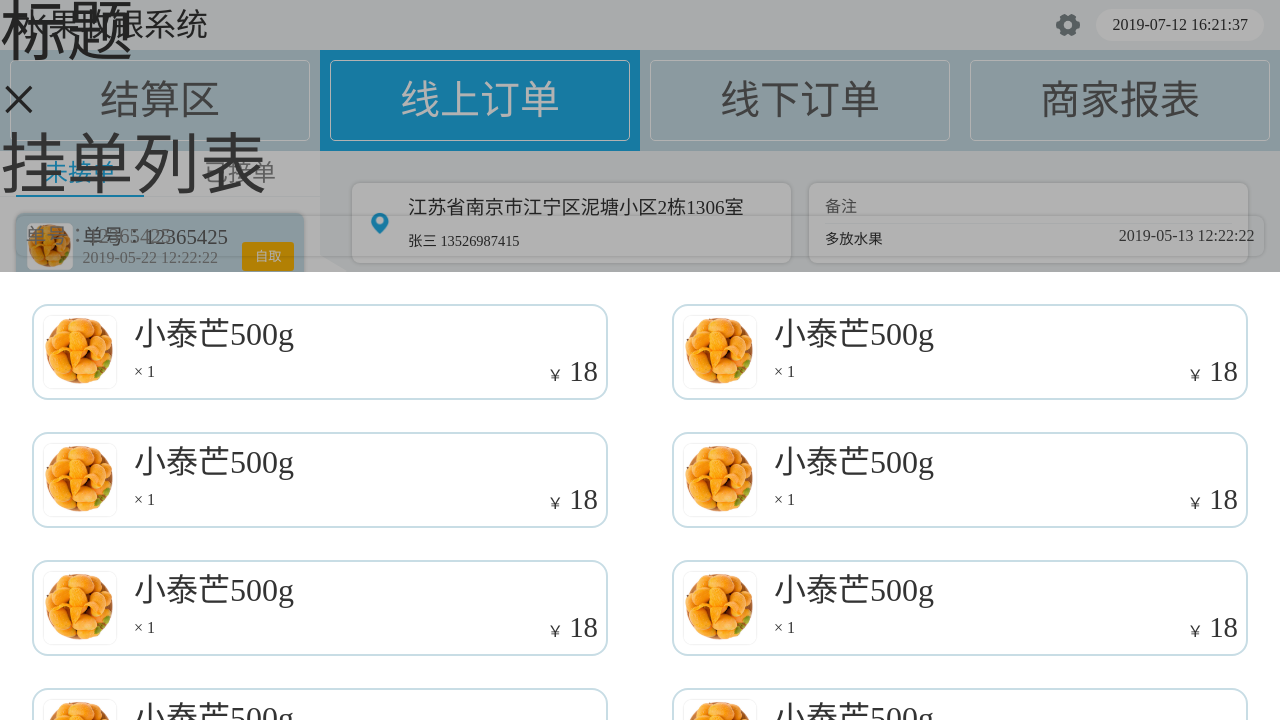
Repository: missing-star/fruit
Page: index.html
The author's editor kept a copy of each file at every save. The page is drawn from the files as they stood at one save, then again after the next save.
The browser window is 1280 px wide. The pictures show the whole page.
An inner scrolling area shows only its first screen.

Above is the page before, as saved 2019-07-15 09:38:07.

After the next save:
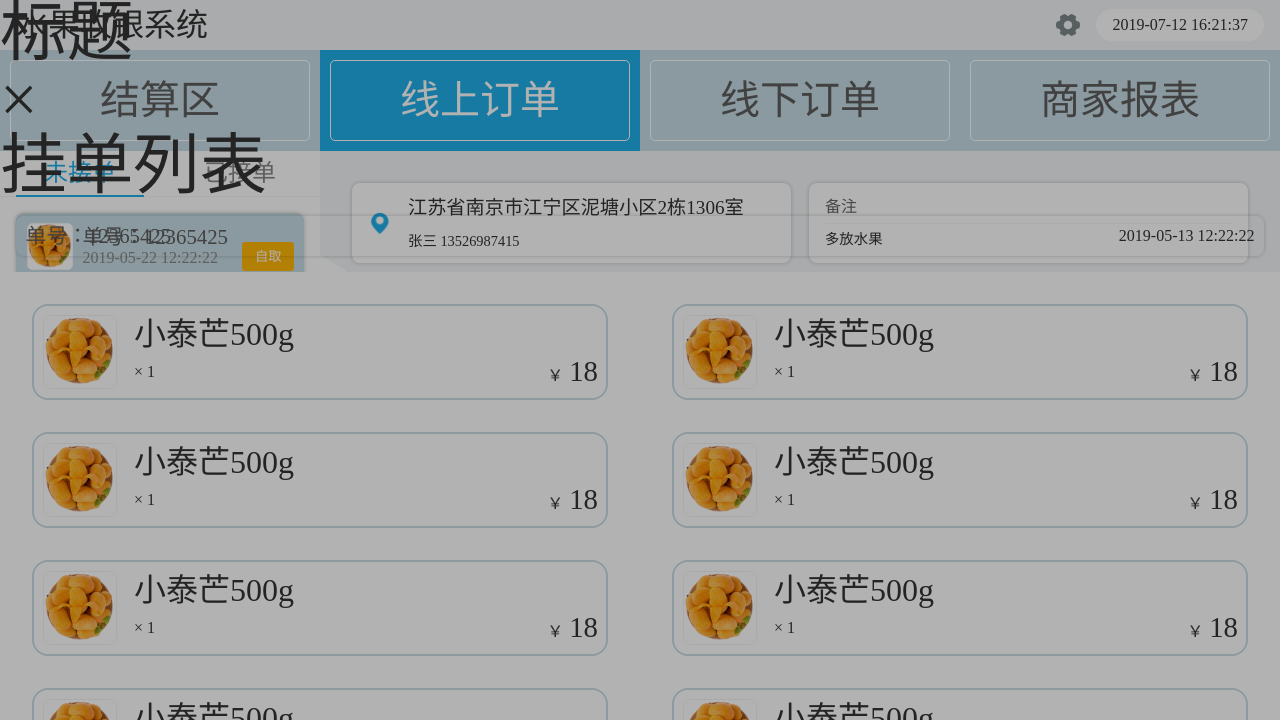
Saved 33 s later.
--- a/css/index.css
+++ b/css/index.css
@@ -667,4 +667,5 @@
     position: fixed;
     left: 0;
     top: 0;
-}
+    z-index: 1;
+}

After the save that followed:
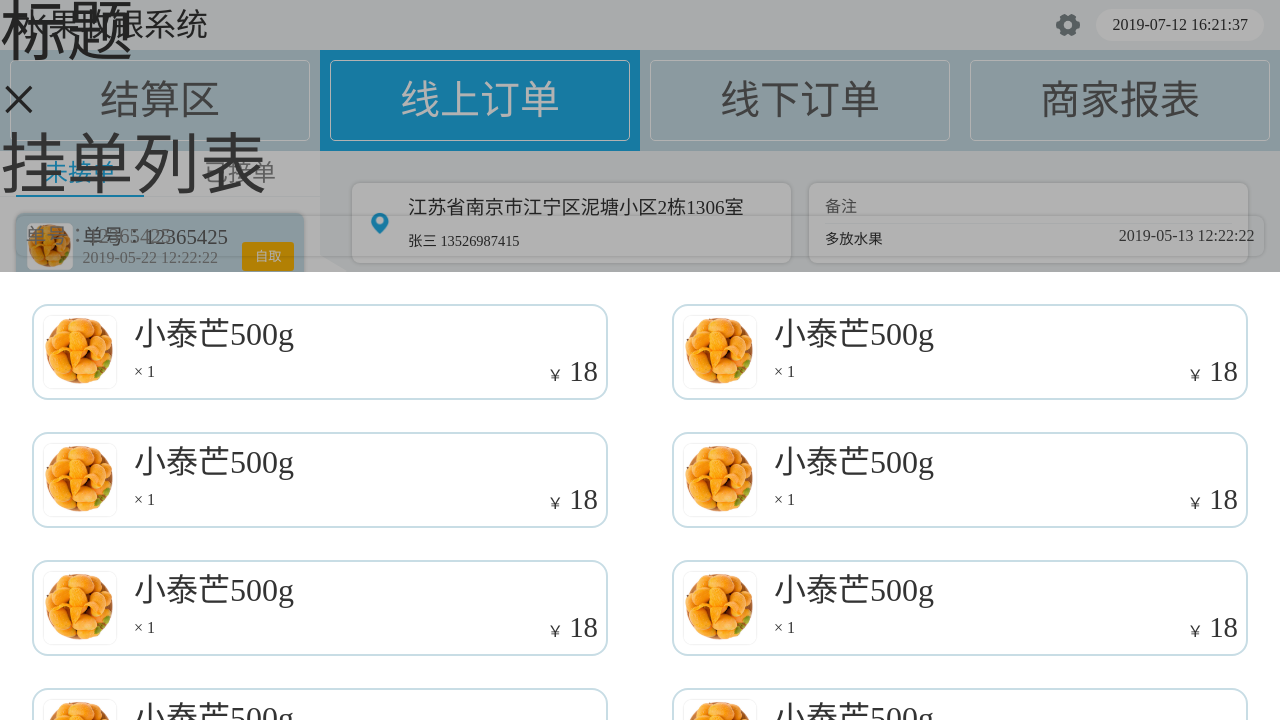
Saved 17 s later.
--- a/css/index.css
+++ b/css/index.css
@@ -667,5 +667,4 @@
     position: fixed;
     left: 0;
     top: 0;
-    z-index: 1;
-}
+}
